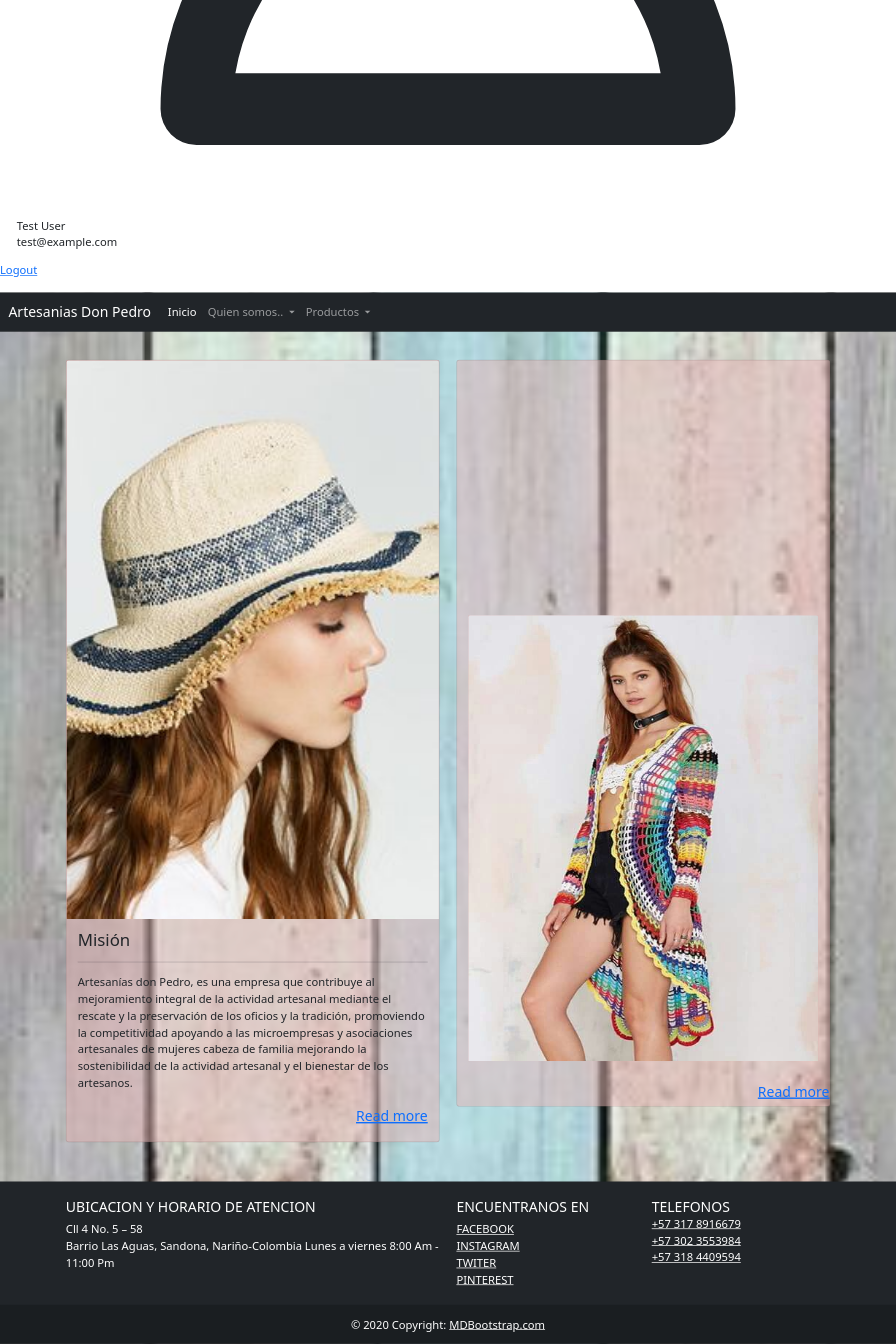
Repository: PG210/taller_artesania
Page: http://localhost/arte/mision
An editor plug-in stored every save of this project. The page is shown before and after the next save, followed by the edit.
The browser window is 1280 px wide. The pictures show the part of the page from y = 2417 to 4337 px (the page is 4337 px tall before and 4321 px after), at 70% of full size.
Pictures or frames that could not be fetched are drawn as grey boxes. The page is served by the project's Laravel application, run on PHP 8.4 with Laravel 8. A made-up administrator, Test User (test@example.com), is signed in. Other server files are loaded and not shown.

Above is the page before, as saved 2021-01-14 14:22:39.

### routes/web.php
<?php

use Illuminate\Support\Facades\Route;
use App\Http\Controllers\Productos;

/*
|--------------------------------------------------------------------------
| Web Routes
|--------------------------------------------------------------------------
|
| Here is where you can register web routes for your application. These
| routes are loaded by the RouteServiceProvider within a group which
| contains the "web" middleware group. Now create something great!
|
*/

Route::get('/', function () {
    return view('welcome');
});
//ruta mision vision
Route::get('arte/vision', function () {
    return view('arte.vision');
});
//histortia
Route::get('arte/historia', function () {
    return view('arte.historia');
});
Route::get('arte/mision', function () {
    return view('arte.mision');
});

//ubicacion
Route::get('arte/ubicacion', function () {
    return view('arte.ubicacion');
});
//productos
Route::get('/productos', [Productos::class, 'index']);

Route::get('/dashboard', function () {
    return view('dashboard');
})->middleware(['auth'])->name('dashboard');

require __DIR__.'/auth.php';

### resources/views/arte/mision.blade.php
<body background="../img/3.jpg" style="background-repeat: no-repeat;   background-size: cover;">

    @extends('layouts.app')
    @section('content')
    <div class="container">

        <div class="row">

            <!--tarjeta 1-->

            <div class="col-lg-6">

                <p>
                    <!-- Card Dark -->
                    <div class="card" style=" background-color: rgba(230, 179, 179, 0.5)">

                        <!-- Card image -->
                        <div class="view overlay" style=" background-color: rgba(230, 179, 179, 0.5)">
                            <img class="card-img-top" src="../img/1.jpg" alt="Card image cap">
                            <a>
                                <div class="mask rgba-white-slight"></div>
                            </a>
                        </div>

                        <!-- Card content -->
                        <div class="card-body elegant-color white-text rounded-bottom">

                            <!-- Social shares button -->

                            <!-- Title -->
                            <h4 class="card-title">Misión</h4>
                            <hr class="hr-light">
                            <!-- Text -->
                            <p class="card-text white-text mb-4">


                                Artesanías don Pedro, es una empresa que contribuye al mejoramiento integral de la actividad artesanal mediante el rescate y la preservación de los oficios y la tradición, promoviendo la competitividad apoyando a las microempresas y asociaciones artesanales
                                de mujeres cabeza de familia mejorando la sostenibilidad de la actividad artesanal y el bienestar de los artesanos.
                            </p>
                            <!-- Link -->
                            <a href="#!" class="white-text d-flex justify-content-end">
                                <h5>Read more <i class="fas fa-angle-double-right"></i></h5>
                            </a>

                        </div>

                    </div>
                    <!-- Card Dark -->
                </p>
            </div>
            <!--tarjeta 1-->

            <div class="col-lg-6">

                <p>
                    <!-- Card Dark -->
                    <div class="card " style=" background-color: rgba(230, 179, 179, 0.5) ">

                        <!-- Card image -->
                        <div class="container">
                        <br>
                        <div class="view overlay " >
                                <video loop="true " muted autoplay width="530 " height="300 ">
                                <source src="../img/video.mp4 " type="video/mp4 " alt="Card image cap ">
                            <a>
                                <div class="mask " style=" background-color: rgba(230, 179, 179, 0.5) "></div>
                            </a>
                        </div>
                        </div>
                        <!-- Card content -->
                        <div class="card-body elegant-color white-text rounded-bottom ">

                            <!-- Social shares button -->

                            <!-- Title -->


                            <!-- Text -->
                            <p class="card-text white-text mb-4 ">

                                <div class="view overlay " style=" background-color: rgba(230, 179, 179, 0.5) ">
                                    <img class="card-img-top " src="../img/9.jpg " alt="Card image cap " width="600 " height="637>
                <a>
                    <div class="mask rgba-white-slight "></div>
                </a>
            </div>
            </p>
            <!-- Link -->
            <a href="#! " class="white-text d-flex justify-content-end ">
                <h5>Read more <i class="fas fa-angle-double-right "></i></h5>
            </a>

        </div>

    </div>
    <!-- Card Dark -->
    </p>
    </div>
    </div>
    @stop

</body>

### resources/views/layouts/app.blade.php
<!DOCTYPE html>
<html lang="{{ str_replace('_', '-', app()->getLocale()) }}">
    <head>
        <meta charset="utf-8">
        <meta name="viewport" content="width=device-width, initial-scale=1">
        <meta name="csrf-token" content="{{ csrf_token() }}">

        <title>{{ config('app.name', 'Laravel') }}</title>

        <!-- Fonts -->
        <link rel="stylesheet" href="https://fonts.googleapis.com/css2?family=Nunito:wght@400;600;700&display=swap">
        <link href="{{ url('/assets/bootstrap/css/bootstrap.min.css') }}" rel="stylesheet">
        <!-- Styles -->
        <link rel="stylesheet" href="{{ asset('css/app.css') }}">

        <!-- Scripts -->
        <script src="{{ asset('js/app.js') }}" defer></script>


    </head>

    <body class="font-sans antialiased">
        <div class="min-h-screen bg-gray-100">
            @include('layouts.navigation')

            <nav class="navbar navbar-expand-lg navbar navbar-dark bg-dark">
  <div class="container-fluid">
    <a class="navbar-brand" href="#">Artesanias Don Pedro</a>
    <button class="navbar-toggler" type="button" data-bs-toggle="collapse" data-bs-target="#navbarNavDropdown" aria-controls="navbarNavDropdown" aria-expanded="false" aria-label="Toggle navigation">
      <span class="navbar-toggler-icon"></span>
    </button>
    <div class="collapse navbar-collapse" id="navbarNavDropdown">
      <ul class="navbar-nav">
        <li class="nav-item">
          <a class="nav-link active" aria-current="page" href="#">Inicio</a>
        </li>


        <li class="nav-item dropdown">
          <a class="nav-link dropdown-toggle" href="#" id="navbarDropdownMenuLink" role="button" data-bs-toggle="dropdown" aria-expanded="false">
            Quien somos..
          </a>
          <ul class="dropdown-menu" aria-labelledby="navbarDropdownMenuLink">
            <li><a class="dropdown-item" href="{{url('/arte/mision')}}">Mision</a></li>
            <li><a class="dropdown-item" href="{{url('/arte/vision')}}">Vision</a></li>
            <li><a class="dropdown-item" href="{{url('/arte/ubicacion')}}">Ubicacion</a></li>
            <li><a class="dropdown-item" href="{{url('/arte/historia')}}">Historia</a></li>
          </ul>
        </li>

        <li class="nav-item dropdown">
          <a class="nav-link dropdown-toggle" href="#" id="navbarDropdownMenuLink" role="button" data-bs-toggle="dropdown" aria-expanded="false">
            Productos
          </a>
          <ul class="dropdown-menu" aria-labelledby="navbarDropdownMenuLink">
            <li><a class="dropdown-item" href="{{url('/productos')}}">Sombreros</a></li>
            <li><a class="dropdown-item" href="#">Mochilas</a></li>
            <li><a class="dropdown-item" href="#">Tejidos</a></li>
            <li><a class="dropdown-item" href="#">Visuterias</a></li>
            <li><a class="dropdown-item" href="#">Ofertas</a></li>
          </ul>
        </li>
      </ul>
    </div>
  </div>
</nav>
<br>
            <!-- Page Heading -->
            <div class="container">
           @yield('content')
           </div>
        </div>
<!--footer-->
<br>
        <footer class="bg-dark text-white text-center text-lg-start">
  <!-- Grid container -->
  <div class="container p-4">
    <!--Grid row-->
    <div class="row">
      <!--Grid column-->
      <div class="col-lg-6 col-md-12 mb-4 mb-md-0">
        <h5 class="text-uppercase">Ubicacion y Horario de Atencion</h5>

        <p>
        <bFooterr>
        Cll 4 No. 5 – 58<br>
        Barrio Las Aguas, Sandona, Nariño-Colombia
        Lunes a viernes 8:00 Am - 11:00 Pm
        </p>
      </div>
      <!--Grid column-->

      <!--Grid column-->
      <div class="col-lg-3 col-md-6 mb-4 mb-md-0">
        <h5 class="text-uppercase">Encuentranos en</h5>

        <ul class="list-unstyled mb-0">
          <li>
            <a href="#!" class="text-white">FACEBOOK</a>
          </li>
          <li>
            <a href="#!" class="text-white">INSTAGRAM</a>
          </li>
          <li>
            <a href="#!" class="text-white">TWITER</a>
          </li>
          <li>
            <a href="#!" class="text-white">PINTEREST</a>
          </li>
        </ul>
      </div>
      <!--Grid column-->

      <!--Grid column-->
      <div class="col-lg-3 col-md-6 mb-4 mb-md-0">
        <h5 class="text-uppercase mb-0">TELEFONOS</h5>

        <ul class="list-unstyled">
          <li>
            <a href="#!" class="text-white">+57 317 8916679</a>
          </li>
          <li>
            <a href="#!" class="text-white">+57 302 3553984</a>
          </li>
          <li>
            <a href="#!" class="text-white">+57 318 4409594</a>
          </li>

        </ul>
      </div>
      <!--Grid column-->
    </div>
    <!--Grid row-->
  </div>
  <!-- Grid container -->

  <!-- Copyright -->
  <div class="text-center p-3" style="background-color: rgba(0, 0, 0, 0.2)">
    © 2020 Copyright:
    <a class="text-white" href="https://mdbootstrap.com/">MDBootstrap.com</a>
  </div>
  <!-- Copyright -->
</footer>
<!--end footer-->



        <script src="https://code.jquery.com/jquery-3.5.1.slim.min.js" integrity="sha384-DfXdz2htPH0lsSSs5nCTpuj/zy4C+OGpamoFVy38MVBnE+IbbVYUew+OrCXaRkfj" crossorigin="anonymous"></script>
        <script src="https://cdn.jsdelivr.net/npm/popper.js@1.16.1/dist/umd/popper.min.js" integrity="sha384-9/reFTGAW83EW2RDu2S0VKaIzap3H66lZH81PoYlFhbGU+6BZp6G7niu735Sk7lN" crossorigin="anonymous"></script>
       <script type="text/javascript" src="{{ url('/assets/bootstrap/js/bootstrap.min.js') }}"></script>
    </body>
</html>

### resources/views/layouts/navigation.blade.php
<nav x-data="{ open: false }" class="bg-white border-b border-gray-100">
    <!-- Primary Navigation Menu -->
    <!--aqui cambiar-->
    <div class=" navbar-dark bg-indigo">
        <div class="flex justify-between h-16">
            <div class="flex">
                <!-- Logo -->
                <div class="flex-shrink-0 flex items-center">
                    <a href="{{ route('dashboard') }}">
                        <x-application-logo class="block h-10 w-auto fill-current text-gray-600" />
                    </a>
                </div>

                <!-- Navigation Links -->
                <div class="hidden space-x-8 sm:-my-px sm:ml-10 sm:flex">
                    <x-nav-link :href="route('dashboard')" :active="request()->routeIs('dashboard')">
                        {{ __('Bienvenidos! Tienda Virtual') }}
                    </x-nav-link>
                </div>
            </div>

            <!-- Settings Dropdown -->
            <div class="hidden sm:flex sm:items-center sm:ml-6">
                <x-dropdown align="right" width="48">
                    <x-slot name="trigger">
                        <button class="flex items-center text-sm font-medium text-gray-500 hover:text-gray-700 hover:border-gray-300 focus:outline-none focus:text-gray-700 focus:border-gray-300 transition duration-150 ease-in-out">
                            <div>{{ Auth::user()->name }}</div>

                            <div class="ml-1">
                                <svg class="fill-current h-4 w-4" xmlns="http://www.w3.org/2000/svg" viewBox="0 0 20 20">
                                    <path fill-rule="evenodd" d="M5.293 7.293a1 1 0 011.414 0L10 10.586l3.293-3.293a1 1 0 111.414 1.414l-4 4a1 1 0 01-1.414 0l-4-4a1 1 0 010-1.414z" clip-rule="evenodd" />
                                </svg>
                            </div>
                        </button>
                    </x-slot>

                    <x-slot name="content">
                        <!-- Authentication -->
                        <form method="POST" action="{{ route('logout') }}">
                            @csrf

                            <x-dropdown-link :href="route('logout')"
                                    onclick="event.preventDefault();
                                                this.closest('form').submit();">
                                {{ __('Logout') }}
                            </x-dropdown-link>
                        </form>
                    </x-slot>
                </x-dropdown>
            </div>

            <!-- Hamburger -->
            <div class="-mr-2 flex items-center sm:hidden">
                <button @click="open = ! open" class="inline-flex items-center justify-center p-2 rounded-md text-gray-400 hover:text-gray-500 hover:bg-gray-100 focus:outline-none focus:bg-gray-100 focus:text-gray-500 transition duration-150 ease-in-out">
                    <svg class="h-6 w-6" stroke="currentColor" fill="none" viewBox="0 0 24 24">
                        <path :class="{'hidden': open, 'inline-flex': ! open }" class="inline-flex" stroke-linecap="round" stroke-linejoin="round" stroke-width="2" d="M4 6h16M4 12h16M4 18h16" />
                        <path :class="{'hidden': ! open, 'inline-flex': open }" class="hidden" stroke-linecap="round" stroke-linejoin="round" stroke-width="2" d="M6 18L18 6M6 6l12 12" />
                    </svg>
                </button>
            </div>
        </div>
    </div>

    <!-- Responsive Navigation Menu -->
    <div :class="{'block': open, 'hidden': ! open}" class="hidden sm:hidden">
        <div class="pt-2 pb-3 space-y-1">
            <x-responsive-nav-link :href="route('dashboard')" :active="request()->routeIs('dashboard')">
                {{ __('Dashboard') }}
            </x-responsive-nav-link>
        </div>

        <!-- Responsive Settings Options -->
        <div class="pt-4 pb-1 border-t border-gray-200">
            <div class="flex items-center px-4">
                <div class="flex-shrink-0">
                    <svg class="h-10 w-10 fill-current text-gray-400" xmlns="http://www.w3.org/2000/svg" fill="none" viewBox="0 0 24 24" stroke="currentColor">
                        <path stroke-linecap="round" stroke-linejoin="round" stroke-width="2" d="M16 7a4 4 0 11-8 0 4 4 0 018 0zM12 14a7 7 0 00-7 7h14a7 7 0 00-7-7z" />
                    </svg>
                </div>

                <div class="ml-3">
                    <div class="font-medium text-base text-gray-800">{{ Auth::user()->name }}</div>
                    <div class="font-medium text-sm text-gray-500">{{ Auth::user()->email }}</div>
                </div>
            </div>

            <div class="mt-3 space-y-1">
                <!-- Authentication -->
                <form method="POST" action="{{ route('logout') }}">
                    @csrf

                    <x-responsive-nav-link :href="route('logout')"
                            onclick="event.preventDefault();
                                        this.closest('form').submit();">
                        {{ __('Logout') }}
                    </x-responsive-nav-link>
                </form>
            </div>
        </div>
    </div>
</nav>

Loaded but not shown: routes/auth.php (common file); app/Models/User.php (common file); resources/views/components/application-logo.blade.php (common file); resources/views/components/nav-link.blade.php (common file); resources/views/components/dropdown-link.blade.php (common file); resources/views/components/dropdown.blade.php (common file); resources/views/components/responsive-nav-link.blade.php (common file); public/assets/bootstrap/css/bootstrap.min.css (library); public/assets/bootstrap/js/bootstrap.min.js (library); public/js/app.js (library)

After the next save:
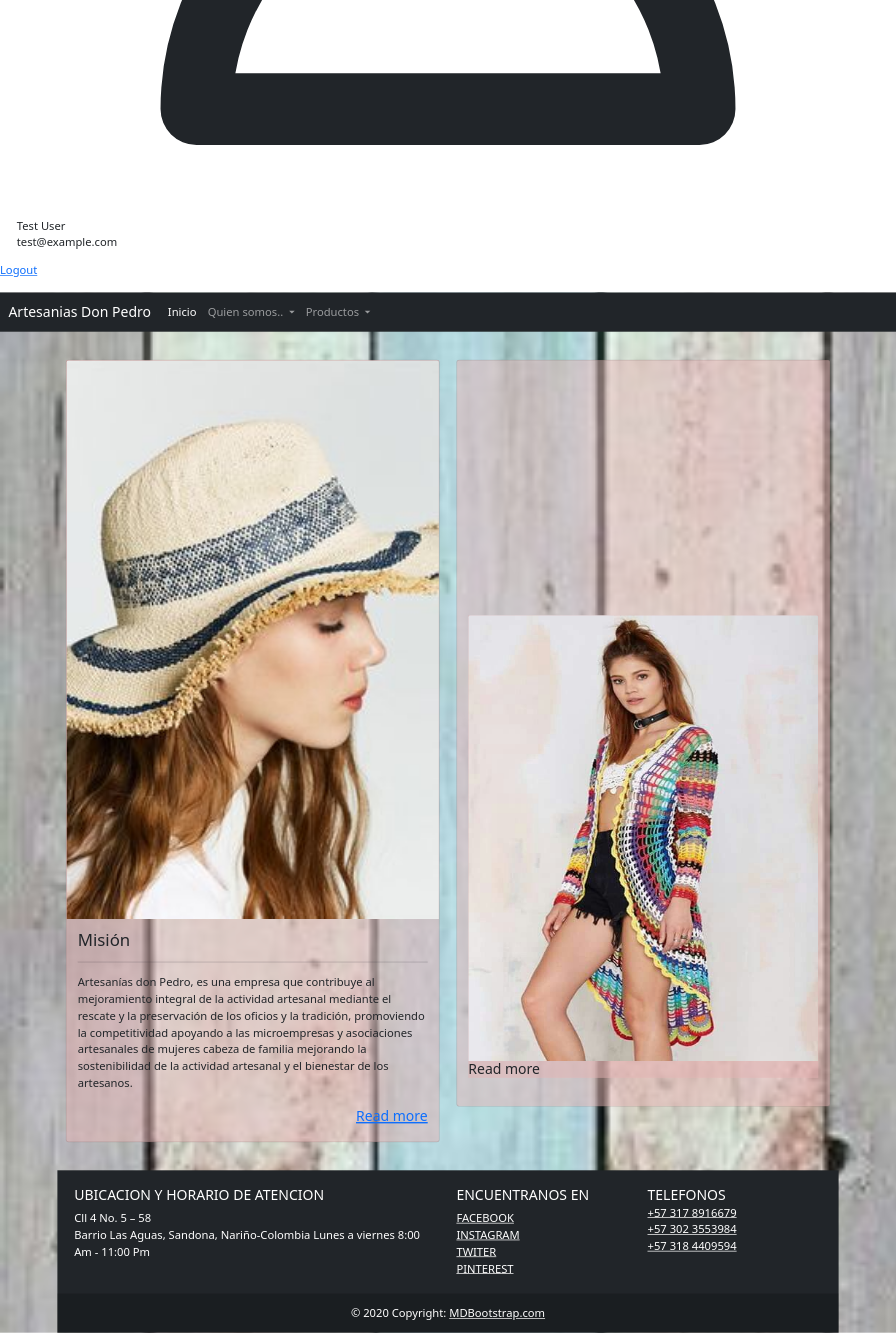
Saved 39 min 31 s later.
--- a/resources/views/arte/mision.blade.php
+++ b/resources/views/arte/mision.blade.php
@@ -81,12 +81,12 @@
                                 <div class="view overlay " style=" background-color: rgba(230, 179, 179, 0.5) ">
                                     <img class="card-img-top " src="../img/9.jpg " alt="Card image cap " width="600 " height="637>
                 <a>
-                    <div class="mask rgba-white-slight "></div>
+                    </div>
                 </a>
             </div>
             </p>
             <!-- Link -->
-            <a href="#! " class="white-text d-flex justify-content-end ">
+            <a href="# " class="white-text d-flex justify-content-end ">
                 <h5>Read more <i class="fas fa-angle-double-right "></i></h5>
             </a>
 
